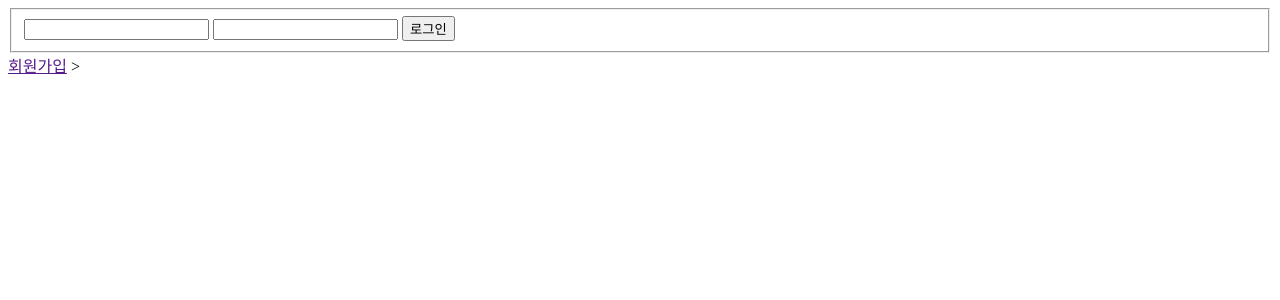
Repository: yejin-yun/server_script_game
Page: Servlet_JSP/model3/WebContent/join.html
The author's editor kept a copy of each file at every save. The page is drawn from the files as they stood at one save, then again after the next save.
The browser window is 1280 px wide. The pictures show the whole page.
Some web libraries are served in a nearby version.

Above is the page before, as saved 2020-02-14 16:08:12.

### Servlet_JSP/model3/WebContent/join.html
<!DOCTYPE html>
<html>
<head>
<meta charset="UTF-8">
<title>Insert title here</title>
<!-- jquery 설정이 된 거. 즉 사용할 수 있게 된 거. 사용하려면 스크립트를 열기  -->
<script src="https://ajax.googleapis.com/ajax/libs/jquery/3.1.1/jquery.min.js"></script>
<script type="text/javascript">
$(document).ready(function(){
	$("form").submit(function(e){
		//통신 --> 아작스 통신을 할 것.
		$.ajax({
			url:"/m/loginProc",
			data:$("form").serialize(),
			dataType:"json",
			type:"get",
			success:function(json) {
				//성공하면 여기서 성공 결과를 보고 화면 처리를 하면 됨.
				console.log(json.uid, json.upw); //이렇게 하면 데이터가 안나옴. 당연함. 아직 loginOk.jsp의 제이슨에 값을 넣어주지 않았기 때문.
				//위의 값들이 존재한다면 어디로 가느냐.. 우리가 여기서 페이지 이동까지 할 필요는 없을 거 같음. 로그인 성공까지만 구성하면 될 거 같음.
				alert(json.uid + "님 환영합니다");
				document.location.href="bbs3.html";
			},
			error:function(err) {
				//로그인실패
				console.log(err);
				alert("로그인 실패");
			}
		});

		//데이터 전송을 막는 방법: 이벤트를 매개변수로 받아서 preventDefault()를 치면 데이터가 가지 않음. 이를 이용해 이벤트를 중단 시킬 수 있음.
		e.preventDefault(); //이벤트 중단
		return false; //return false를 통해서도 이벤트 중단 가능 둘 중에 하나 쓰면 됨.
	});
});
</script>
</head>
<body>
	<fieldset>
		<form name="frm1" action="/m/loginProc"> <!-- mvc에 따르면 서블릿으로 가야됨.  -->
			<input type="text" name="uid">
			<input type="password" name="upw">
			<input type="submit" value="로그인">
		</form>
	</fieldset>
	<a href="">회원가입</a> > <!-- 모델2니까 회원가입은 서블릿으로 가야됨.  -->
</body>
</html>
<!-- 이렇게 jsp에서 직관적으로 흐름에 맞춰서 짜는게 model1 방식 -->

After the next save:
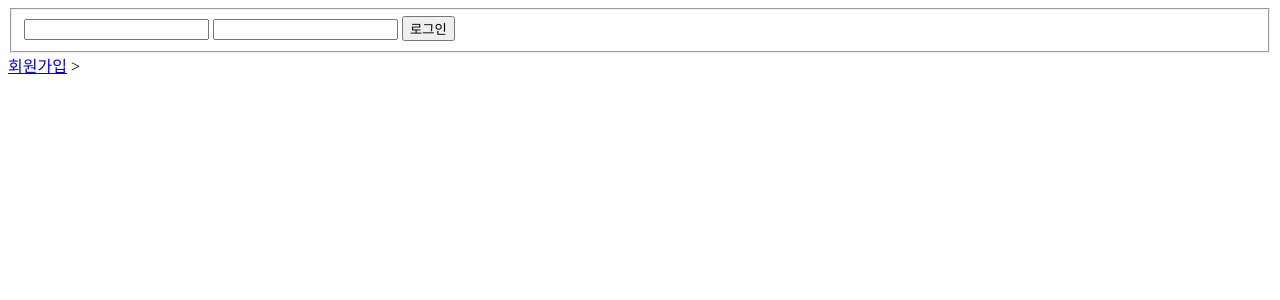
Saved 6 min 16 s later.
--- a/Servlet_JSP/model3/WebContent/join.html
+++ b/Servlet_JSP/model3/WebContent/join.html
@@ -43,7 +43,7 @@ $(document).ready(function(){
 			<input type="submit" value="로그인">
 		</form>
 	</fieldset>
-	<a href="">회원가입</a> > <!-- 모델2니까 회원가입은 서블릿으로 가야됨.  -->
+	<a href="/m/joinProc">회원가입</a> > <!-- 모델2니까 회원가입은 서블릿으로 가야됨.  -->
 </body>
 </html>
 <!-- 이렇게 jsp에서 직관적으로 흐름에 맞춰서 짜는게 model1 방식 -->
